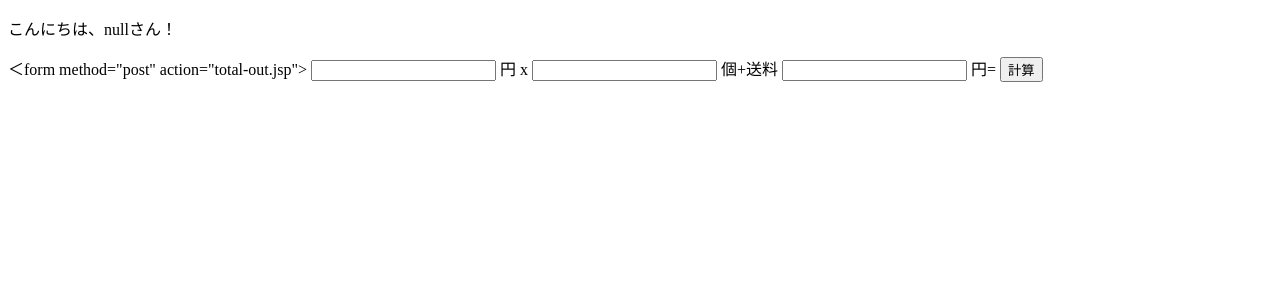
Repository: kokorokaiya/test
Page: http://localhost/HelloJSP/greeting-out.jsp
These files come from the project's save history. The page is drawn as it stood at one moment and after the next save; the edit follows.
The browser window is 1280 px wide. The pictures show the whole page.
The page is served by Tomcat 9.

Above is the page before, as saved 2018-10-23 01:39:58.

After the next save:
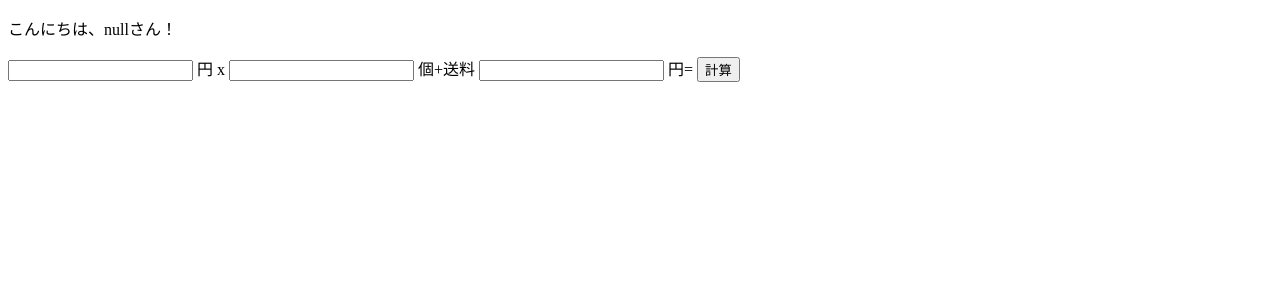
Saved 5 min 0 s later.
--- a/HelloJSP/WebContent/greeting-out.jsp
+++ b/HelloJSP/WebContent/greeting-out.jsp
@@ -16,7 +16,7 @@
 
 
 
-＜form method="post" action="total-out.jsp">
+<form method="post" action="total-out.jsp">
 <input type="text" name="price">
 円 x
 <input type="text" name="count">
